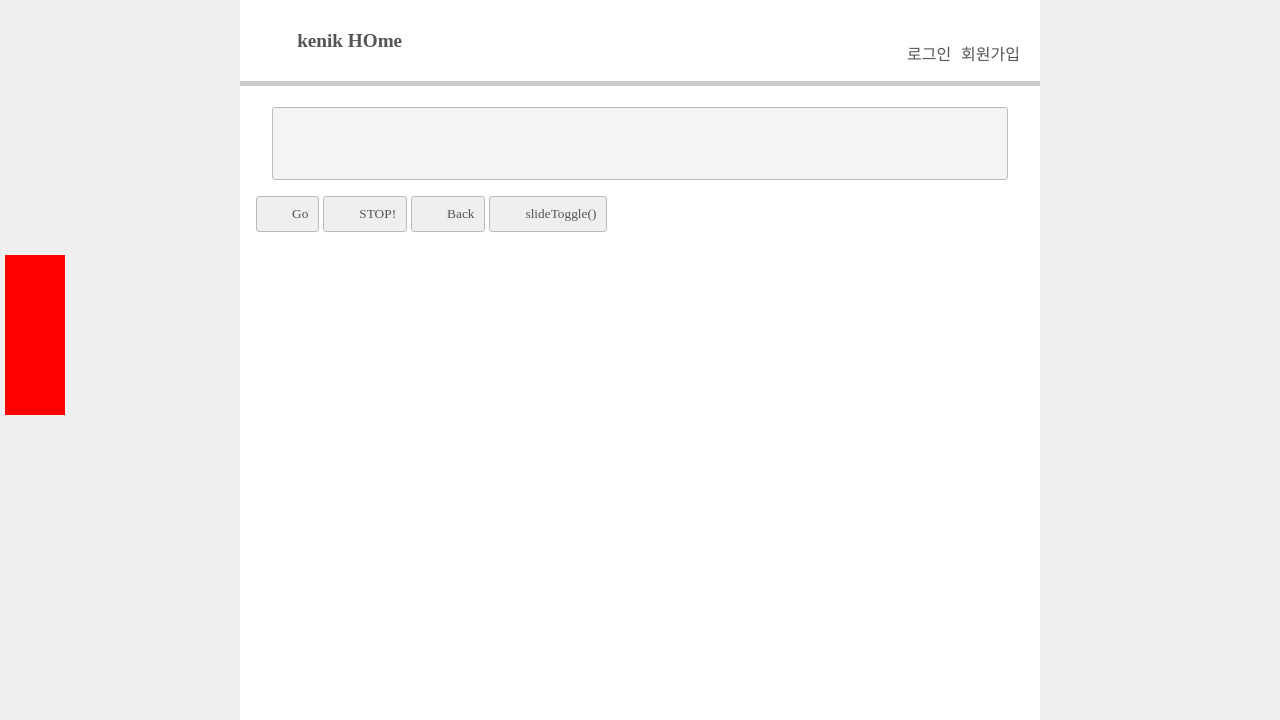
Repository: Deneb0000/WebClass
Page: webPro/src/main/webapp/jquery/days10/ex04_05.html
These files come from the project's save history. The page is drawn as it stood at one moment and after the next save; the edit follows.
The browser window is 1280 px wide. The pictures show the whole page.
After loading, the first visible `#slideToggle` was clicked once.
Some web fonts or font styles are not loaded; a fallback is used.

Above is the page before, as saved 2024-10-14 07:54:03.

After the next save:
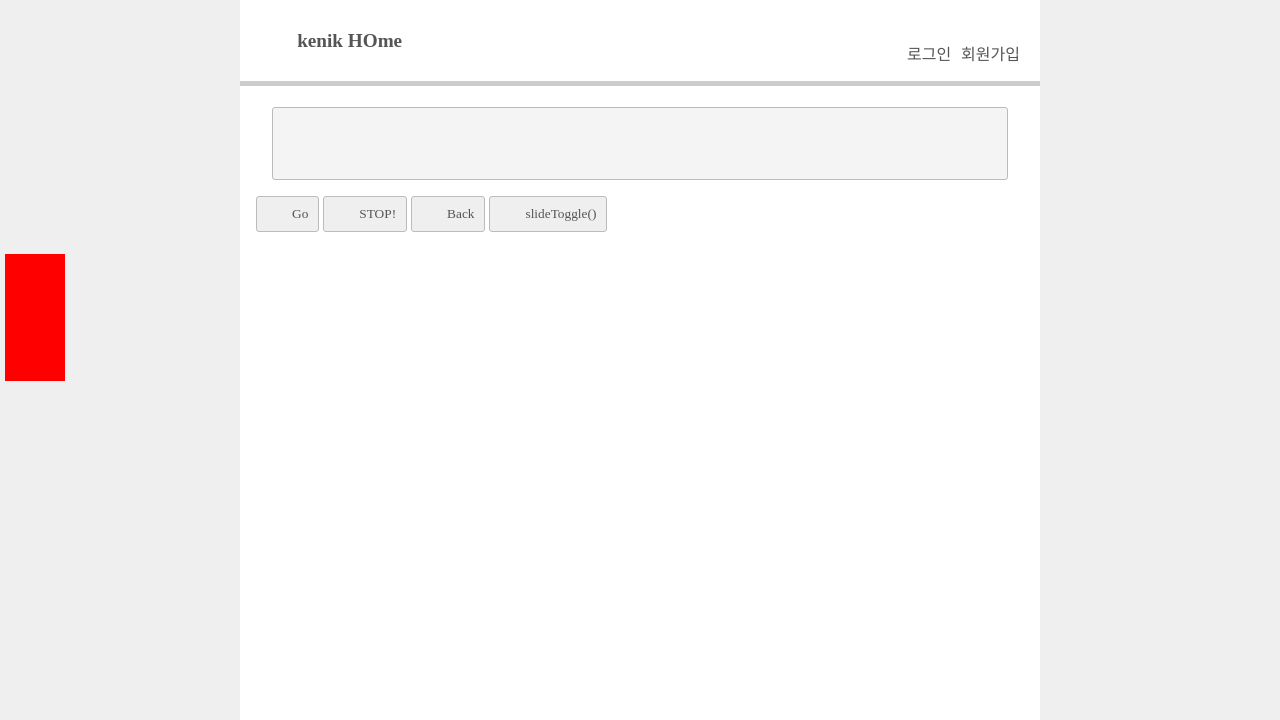
Saved 37 s later.
--- a/webPro/src/main/webapp/jquery/days10/ex04_05.html
+++ b/webPro/src/main/webapp/jquery/days10/ex04_05.html
@@ -62,7 +62,7 @@
     $("#slideToggle").on("click", function(){
       $(".block")
       .stop(true, false)
-      .slideToggle, (5000)
+      .slideToggle(5000)
     })
 
   </script>
